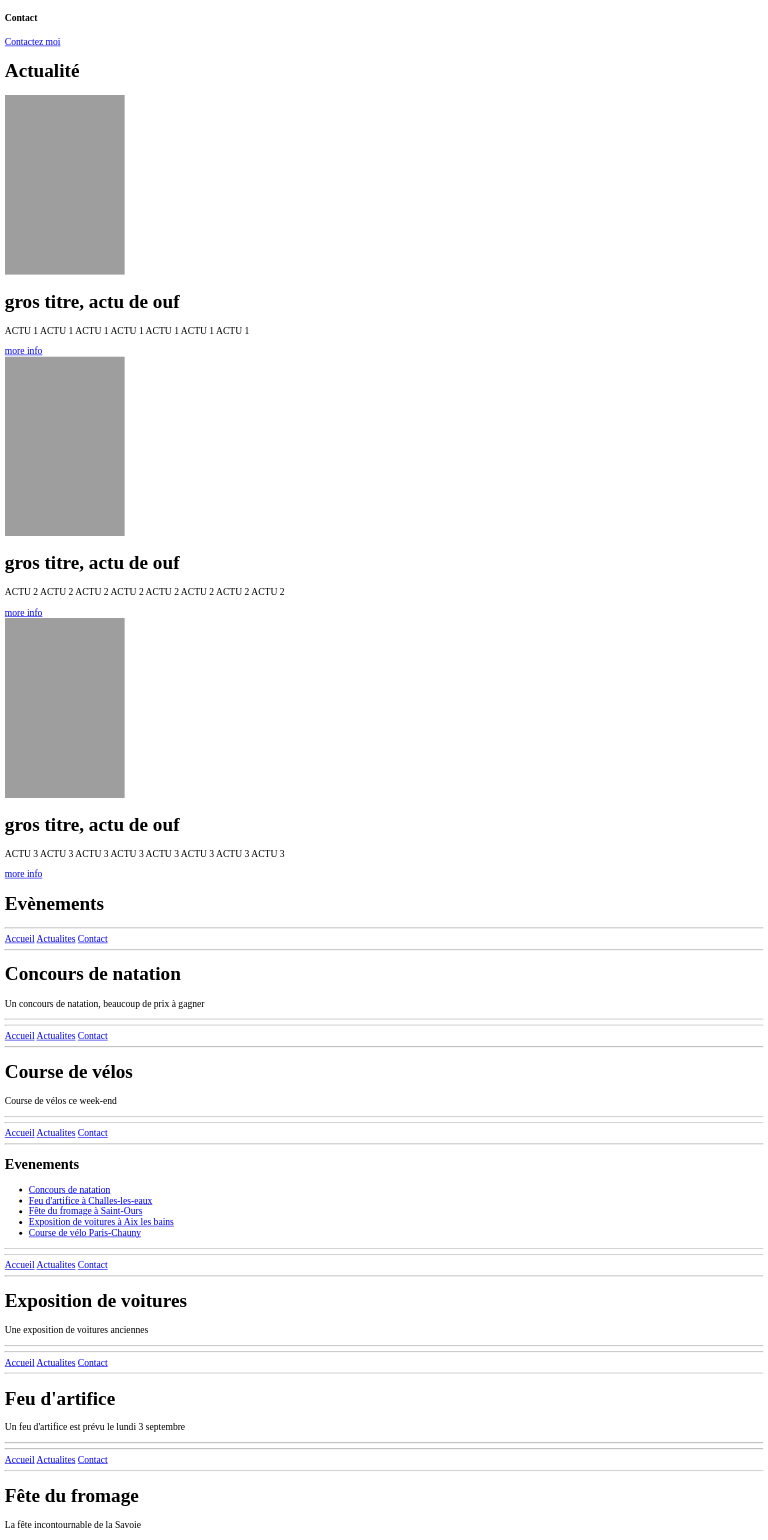
Repository: Mini-T/git-course
Page: index.html
An editor plug-in stored every save of this project. The page is shown before and after the next save, followed by the edit.
The browser window is 1280 px wide. The pictures show the whole page, at 60% of full size.
Pictures or frames that could not be fetched are drawn as grey boxes.

Above is the page before, as saved 2022-09-26 15:58:30.

### index.html
<!DOCTYPE html>
<html>
    <head>
        <title>Accueil</title>
    </head>
    <body>
        <h4>Contact</h4>
        <a href="contact.html">Contactez moi</a>
        <div>
            <h1>Actualité</h1>
            <div>
                <img src="https://picsum.photos/200/300?random=1" />
                <div>
                  <h1>gros titre, actu de ouf</h1>
                  <p>ACTU 1 ACTU 1 ACTU 1 ACTU 1 ACTU 1 ACTU 1 ACTU 1</p>
                  <a href="./single-actualite_1.html">more info</a>
                </div>
              </div>
              <div>
                <img src="https://picsum.photos/200/300?random=2" alt="actu" />
                <div>
                  <h1>gros titre, actu de ouf</h1>
                  <p>ACTU 2 ACTU 2 ACTU 2 ACTU 2 ACTU 2 ACTU 2 ACTU 2 ACTU 2</p>
                  <a href="./single-actualite_2.html">more info</a>
                </div>
              </div>
              <div>
                <img src="https://picsum.photos/200/300?random=3" alt="actu" />
                <div>
                  <h1>gros titre, actu de ouf</h1>
                  <p>ACTU 3 ACTU 3 ACTU 3 ACTU 3 ACTU 3 ACTU 3 ACTU 3 ACTU 3</p>
                  <a href="./single-actualite_3.html">more info</a>
                </div>
              </div>
        </div>
        <div>
            <h1>Evènements</h1>
            <div>
                <hr>
                <a href="../index.html">Accueil</a>
                <a href="../actualites/actualite.html">Actualites</a>
                <a href="../contact.html">Contact</a>
                <hr>
            </div>
            <h1>Concours de natation</h1>
            <p>Un concours de natation, beaucoup de prix à gagner</p>
            <hr>
            <div>
                <hr>
                <a href="../index.html">Accueil</a>
                <a href="../actualites/actualite.html">Actualites</a>
                <a href="../contact.html">Contact</a>
                <hr>
            </div>
            <h1>Course de vélos</h1>
            <p>Course de vélos ce week-end</p>
            <hr>
            <div>
                <hr>
                <a href="../index.html">Accueil</a>
                <a href="../actualites/actualite.html">Actualites</a>
                <a href="../contact.html">Contact</a>
                <hr>
            </div>
            <div>
                <h2>Evenements</h2>

                <ul>
                    <li><a href="concours.html">Concours de natation </a></li>
                    <li><a href="feu.html">Feu d'artifice à Challes-les-eaux</a></li>
                    <li><a href="fromage.html">Fête du fromage à Saint-Ours</a></li>
                    <li><a href="exposition_voiture.html">Exposition de voitures à Aix les bains</a></li>
                    <li><a href="course_velo.html">Course de vélo Paris-Chauny</a></li>

                </ul>
            </div>
            <hr>
            <div>
                <hr>
                <a href="../index.html">Accueil</a>
                <a href="../actualites/actualite.html">Actualites</a>
                <a href="../contact.html">Contact</a>
                <hr>
            </div>
            <h1>Exposition de voitures</h1>
            <p>Une exposition de voitures anciennes</p>
        </div>
        <hr>
        <div>
            <hr>
            <a href="../index.html">Accueil</a>
            <a href="../actualites/actualite.html">Actualites</a>
            <a href="../contact.html">Contact</a>
            <hr>
        </div>
        <h1>Feu d'artifice</h1>
        <p>Un feu d'artifice est prévu le lundi 3 septembre</p>
        <hr>
        <div>
            <hr>
            <a href="../index.html">Accueil</a>
            <a href="../actualites/actualite.html">Actualites</a>
            <a href="../contact.html">Contact</a>
            <hr>
        </div>
        <h1>Fête du fromage</h1>
        <p>La fête incontournable de la Savoie</p>
    </body>
</html>

After the next save:
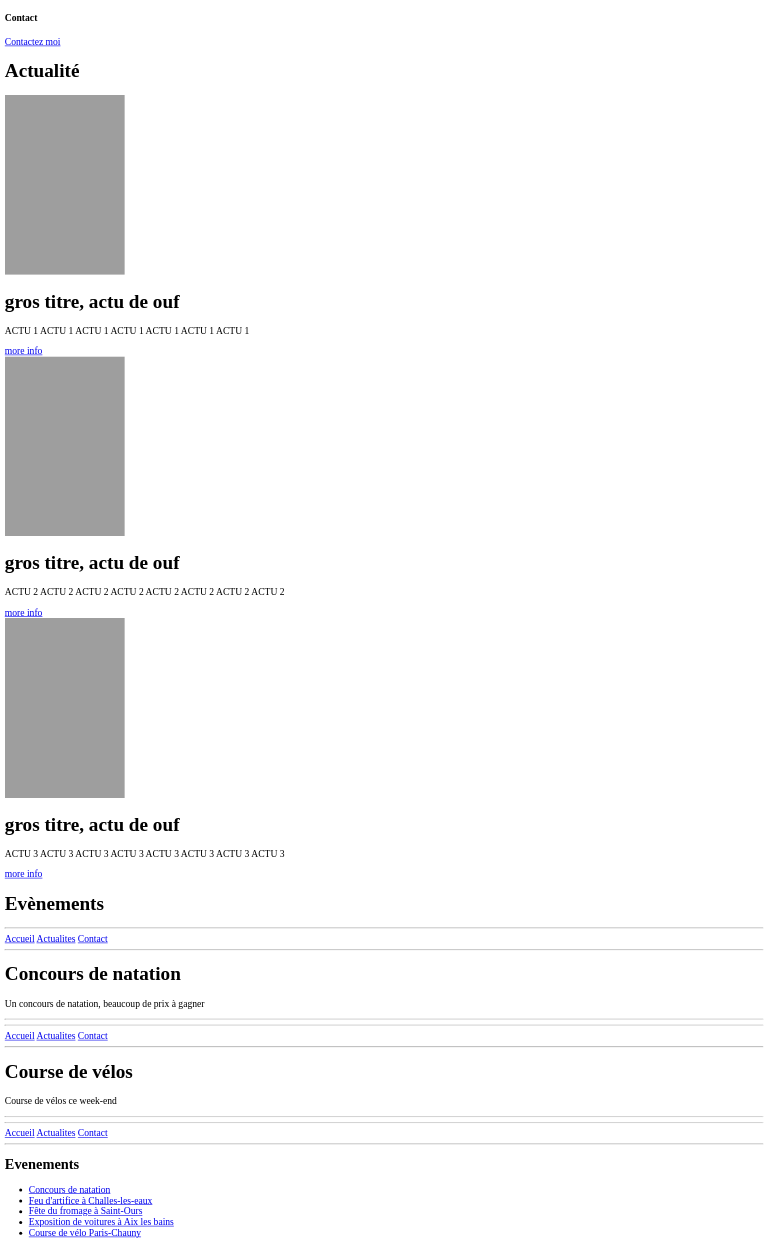
Saved 54 s later.
--- a/index.html
+++ b/index.html
@@ -74,36 +74,6 @@
 
                 </ul>
             </div>
-            <hr>
-            <div>
-                <hr>
-                <a href="../index.html">Accueil</a>
-                <a href="../actualites/actualite.html">Actualites</a>
-                <a href="../contact.html">Contact</a>
-                <hr>
-            </div>
-            <h1>Exposition de voitures</h1>
-            <p>Une exposition de voitures anciennes</p>
-        </div>
-        <hr>
-        <div>
-            <hr>
-            <a href="../index.html">Accueil</a>
-            <a href="../actualites/actualite.html">Actualites</a>
-            <a href="../contact.html">Contact</a>
-            <hr>
-        </div>
-        <h1>Feu d'artifice</h1>
-        <p>Un feu d'artifice est prévu le lundi 3 septembre</p>
-        <hr>
-        <div>
-            <hr>
-            <a href="../index.html">Accueil</a>
-            <a href="../actualites/actualite.html">Actualites</a>
-            <a href="../contact.html">Contact</a>
-            <hr>
-        </div>
-        <h1>Fête du fromage</h1>
-        <p>La fête incontournable de la Savoie</p>
+
     </body>
 </html>
